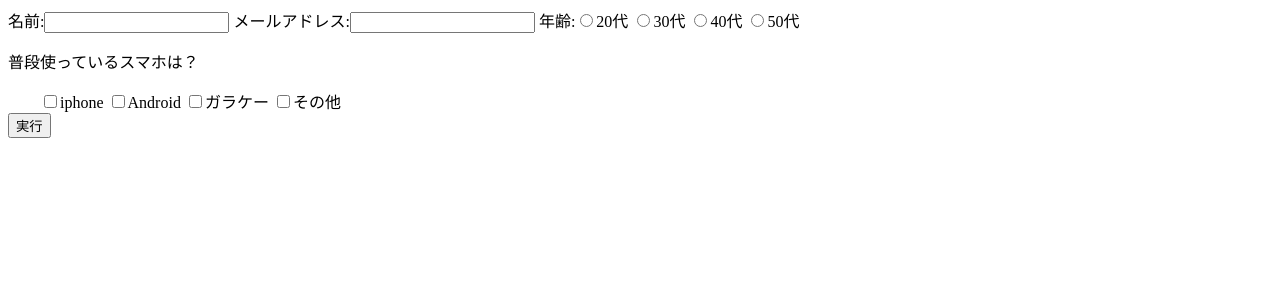
Repository: takahiro-djk/Samurai_JS
Page: samurai_js/index.html
The author's editor kept a record of every edit. The page is drawn from the files as they stood at one moment, then again after the next edit.
The browser window is 1280 px wide. The pictures show the whole page.

Above is the page before.

After the next edit:
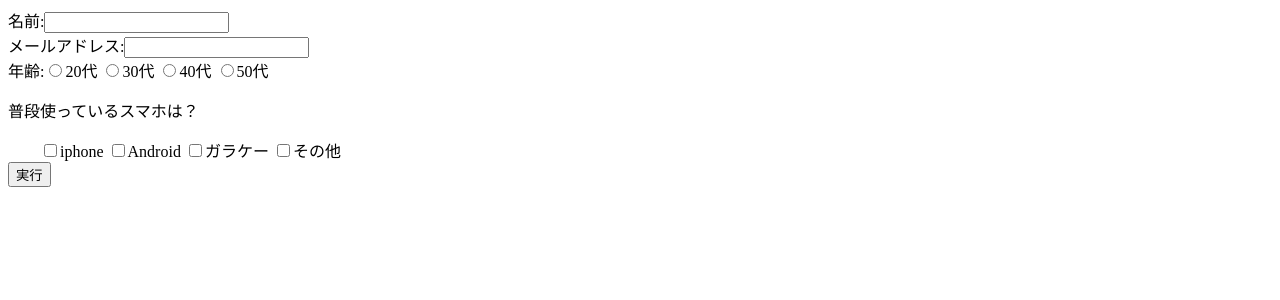
The edit:
--- a/samurai_js/index.html
+++ b/samurai_js/index.html
@@ -10,8 +10,14 @@
 
        <form name="myForm">
 
-         名前:<input type="text" name="myText"/>
-         メールアドレス:<input type="text" name=""/>
+         <label>名前:<input type="text" name="name"/></label>
+
+         <br>
+
+         <label>メールアドレス:<input type="text" name=""/></label>
+
+         <br>
+
          年齢:<input type="radio" name="age" value="20age">20代
          <input type="radio" name="age" value="30age">30代
          <input type="radio" name="age" value="40age">40代
